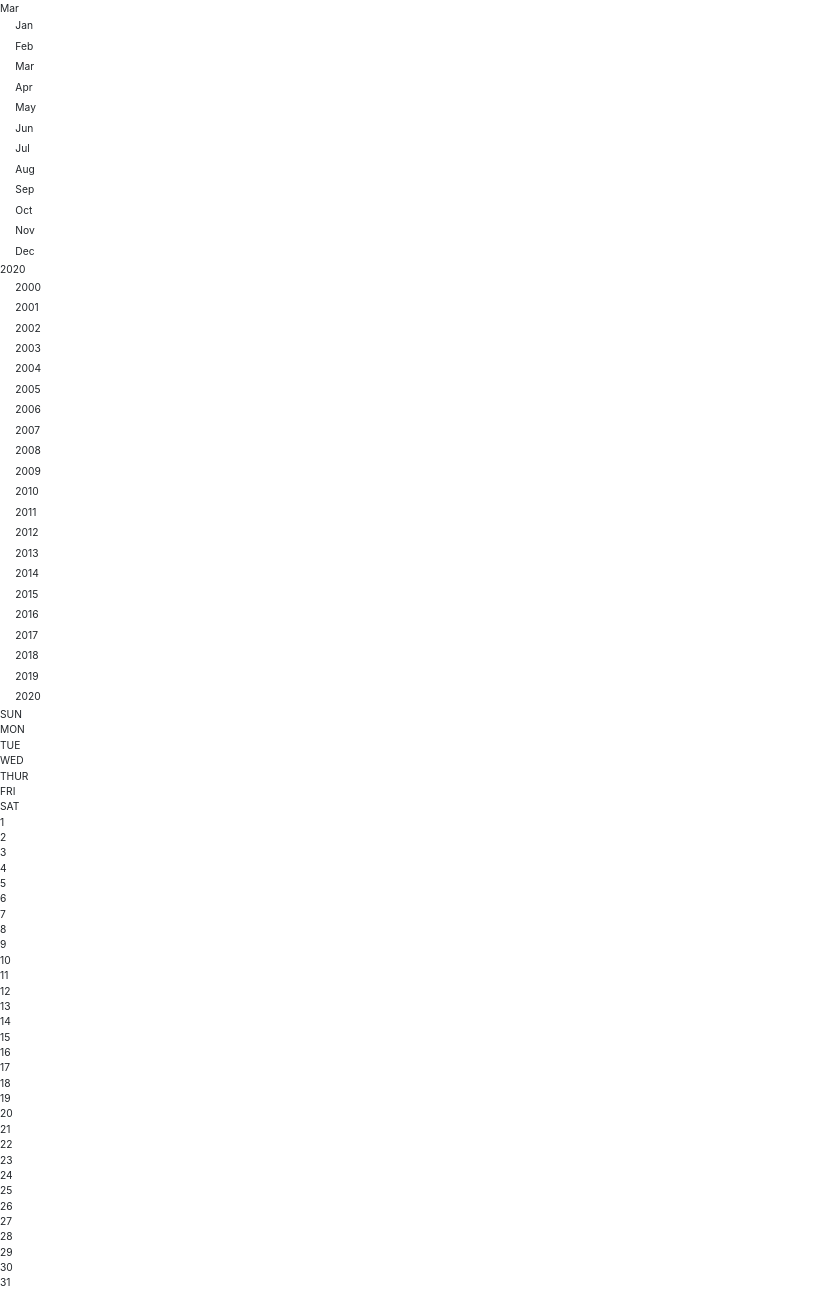
Repository: kkyler24/DayPlanner
Page: Index.html
These files come from the project's save history. The page is drawn as it stood at one moment and after the next save; the edit follows.
The browser window is 1280 px wide. The pictures show the whole page, at 64% of full size.
Some web libraries are served in a nearby version.

Above is the page before, as saved 2020-03-25 13:09:08.

### Index.html
<!DOCTYPE html>
<html lang="en">
<head>
    <meta charset="UTF-8">
    <meta name="viewport" content="width=device-width, initial-scale=1.0">
    <!-- Style Sheets -->
    <link rel="stylesheet" href="https://maxcdn.bootstrapcdn.com/bootstrap/4.0.0/css/bootstrap.min.css" integrity="sha384-Gn5384xqQ1aoWXA+058RXPxPg6fy4IWvTNh0E263XmFcJlSAwiGgFAW/dAiS6JXm" crossorigin="anonymous">
    <link rel="text/CSS"  href="style.css">
    <title>Planner</title>
</head>
<body>
<Main>
<Section>
    <div class="calendar" id="calendar">
        <div class="calendar-btn month-btn" onclick="$('#months').toggle('fast')">
            <span id="curMonth"></span>
            <div id="months" class="months dropdown"></div>
        </div>

        <div class="calendar-btn year-btn" onclick="$('#years').toggle('fast')">
            <span id="curYear"></span>
            <div id="years" class="years dropdown"></div>
        </div>

        <div class="clear"></div>

        <div class="calendar-dates">
            <div class="days">
                <div class="day label">SUN</div>
                <div class="day label">MON</div>
                <div class="day label">TUE</div>
                <div class="day label">WED</div>
                <div class="day label">THUR</div>
                <div class="day label">FRI</div>
                <div class="day label">SAT</div>

                <div class="clear"></div>
            </div>

            <div id="calendarDays" class="days">
            </div>
        </div>
    </div>


    <!--<button name="jump" onclick="jump()">Go</button>-->

</Section>
</Main>
<script src="https://code.jquery.com/jquery-3.2.1.slim.min.js" integrity="sha384-KJ3o2DKtIkvYIK3UENzmM7KCkRr/rE9/Qpg6aAZGJwFDMVNA/GpGFF93hXpG5KkN" crossorigin="anonymous"></script>
<script src="https://cdnjs.cloudflare.com/ajax/libs/popper.js/1.12.9/umd/popper.min.js" integrity="sha384-ApNbgh9B+Y1QKtv3Rn7W3mgPxhU9K/ScQsAP7hUibX39j7fakFPskvXusvfa0b4Q" crossorigin="anonymous"></script>
<script src="https://maxcdn.bootstrapcdn.com/bootstrap/4.0.0/js/bootstrap.min.js" integrity="sha384-JZR6Spejh4U02d8jOt6vLEHfe/JQGiRRSQQxSfFWpi1MquVdAyjUar5+76PVCmYl" crossorigin="anonymous"></script>
<!-- <script src="https://cdnjs.cloudflare.com/ajax/libs/jquery/3.2.1/jquery.min.js"></script> -->
<Script src="javascript.js"></Script>
</body>
</html>

### javascript.js
var months = ["Jan", "Feb", "Mar", "Apr", "May", "Jun", "Jul", "Aug", "Sep", "Oct", "Nov", "Dec"];
var startYear = 2000;
var endYear = 2020;
var month = 0;
var year = 0;

function loadCalendarMonths() {
    for (var i = 0; i < months.length; i++) {
        var doc = document.createElement("div");
        doc.innerHTML = months[i];
        doc.classList.add("dropdown-item");

        doc.onclick = (function () {
            var selectedMonth = i;
            return function () {
                month = selectedMonth;
                document.getElementById("curMonth").innerHTML = months[month];
                loadCalendarDays();
                return month;
            }
        })();

        document.getElementById("months").appendChild(doc);
    }
}

function loadCalendarYears() {
    document.getElementById("years").innerHTML = "";

    for (var i = startYear; i <= endYear; i++) {
        var doc = document.createElement("div");
        doc.innerHTML = i;
        doc.classList.add("dropdown-item");

        doc.onclick = (function () {
            var selectedYear = i;
            return function () {
                year = selectedYear;
                document.getElementById("curYear").innerHTML = year;
                loadCalendarDays();
                return year;
            }
        })();

        document.getElementById("years").appendChild(doc);
    }
}

function loadCalendarDays() {
    document.getElementById("calendarDays").innerHTML = "";

    var tmpDate = new Date(year, month, 0);
    var num = daysInMonth(month, year);
    var dayofweek = tmpDate.getDay();       // find where to start calendar day of week

    for (var i = 0; i <= dayofweek; i++) {
        var d = document.createElement("div");
        d.classList.add("day");
        d.classList.add("blank");
        document.getElementById("calendarDays").appendChild(d);
    }

    for (var i = 0; i < num; i++) {
        var tmp = i + 1;
        var d = document.createElement("div");
        d.id = "calendarday_" + i;
        d.className = "day";
        d.innerHTML = tmp;

        document.getElementById("calendarDays").appendChild(d);
    }

    var clear = document.createElement("div");
    clear.className = "clear";
    document.getElementById("calendarDays").appendChild(clear);
}

function daysInMonth(month, year)
{
    var d = new Date(year, month+1, 0);
    return d.getDate();
}

window.addEventListener('load', function () {
    var date = new Date();
    month = date.getMonth();
    year = date.getFullYear();
    document.getElementById("curMonth").innerHTML = months[month];
    document.getElementById("curYear").innerHTML = year;
    loadCalendarMonths();
    loadCalendarYears();
    loadCalendarDays();
});

After the next save:
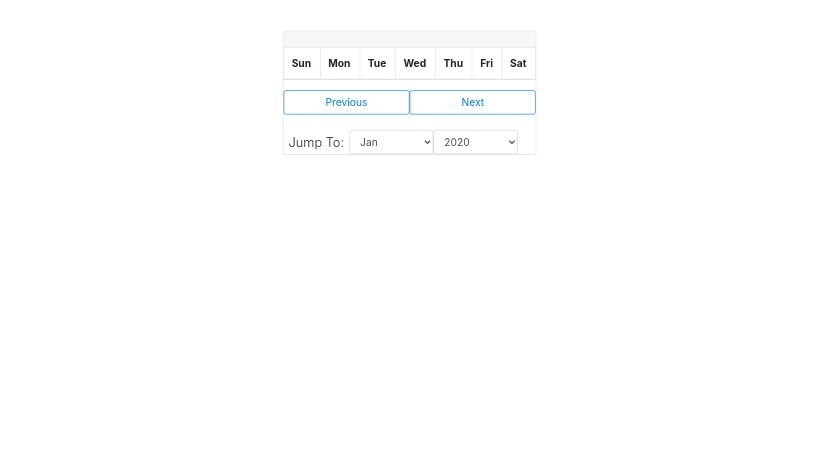
Console error: TypeError: Cannot set properties of null (setting 'innerHTML')
Saved 2 min 41 s later.
--- a/Index.html
+++ b/Index.html
@@ -11,38 +11,72 @@
 <body>
 <Main>
 <Section>
-    <div class="calendar" id="calendar">
-        <div class="calendar-btn month-btn" onclick="$('#months').toggle('fast')">
-            <span id="curMonth"></span>
-            <div id="months" class="months dropdown"></div>
-        </div>
+    <div class="container col-sm-4 col-md-7 col-lg-4 mt-5">
+        <div class="card">
+            <h3 class="card-header" id="monthAndYear"></h3>
+            <table class="table table-bordered table-responsive-md" id="calendar">
+                <thead>
+                <tr>
+                    <th>Sun</th>
+                    <th>Mon</th>
+                    <th>Tue</th>
+                    <th>Wed</th>
+                    <th>Thu</th>
+                    <th>Fri</th>
+                    <th>Sat</th>
+                </tr>
+                </thead>
 
-        <div class="calendar-btn year-btn" onclick="$('#years').toggle('fast')">
-            <span id="curYear"></span>
-            <div id="years" class="years dropdown"></div>
-        </div>
+                <tbody id="calendar-body">
 
-        <div class="clear"></div>
+                </tbody>
+            </table>
 
-        <div class="calendar-dates">
-            <div class="days">
-                <div class="day label">SUN</div>
-                <div class="day label">MON</div>
-                <div class="day label">TUE</div>
-                <div class="day label">WED</div>
-                <div class="day label">THUR</div>
-                <div class="day label">FRI</div>
-                <div class="day label">SAT</div>
+            <div class="form-inline">
 
-                <div class="clear"></div>
+                <button class="btn btn-outline-primary col-sm-6" id="previous" onclick="previous()">Previous</button>
+
+                <button class="btn btn-outline-primary col-sm-6" id="next" onclick="next()">Next</button>
             </div>
+            <br/>
+            <form class="form-inline">
+                <label class="lead mr-2 ml-2" for="month">Jump To: </label>
+                <select class="form-control col-sm-4" name="month" id="month" onchange="jump()">
+                    <option value=0>Jan</option>
+                    <option value=1>Feb</option>
+                    <option value=2>Mar</option>
+                    <option value=3>Apr</option>
+                    <option value=4>May</option>
+                    <option value=5>Jun</option>
+                    <option value=6>Jul</option>
+                    <option value=7>Aug</option>
+                    <option value=8>Sep</option>
+                    <option value=9>Oct</option>
+                    <option value=10>Nov</option>
+                    <option value=11>Dec</option>
+                </select>
 
-            <div id="calendarDays" class="days">
-            </div>
+
+                <label for="year"></label><select class="form-control col-sm-4" name="year" id="year" onchange="jump()">
+
+                <option value=2020>2020</option>
+                <option value=2021>2021</option>
+                <option value=2022>2022</option>
+                <option value=2023>2023</option>
+                <option value=2024>2024</option>
+                <option value=2025>2025</option>
+                <option value=2026>2026</option>
+                <option value=2027>2027</option>
+                <option value=2028>2028</option>
+                <option value=2029>2029</option>
+                <option value=2030>2030</option>
+                <option value=2030>2030</option>
+                <option value=2030>2030</option>
+                <option value=2030>2030</option>
+                <option value=2030>2030</option>
+            </select></form>
         </div>
     </div>
-
-
     <!--<button name="jump" onclick="jump()">Go</button>-->
 
 </Section>

After the save that followed:
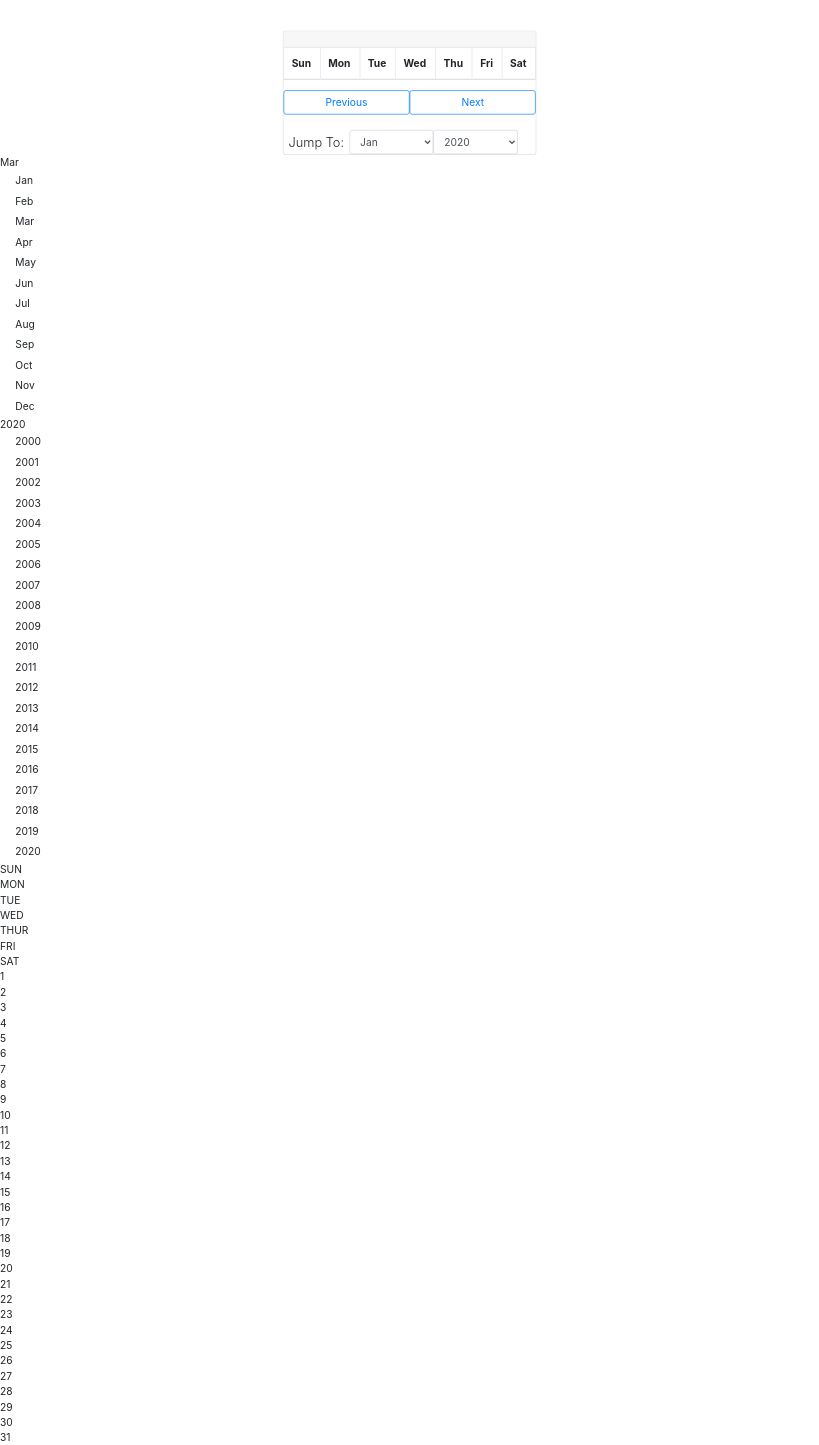
The error is gone.
Saved 3 min 0 s later.
--- a/Index.html
+++ b/Index.html
@@ -78,6 +78,36 @@
         </div>
     </div>
     <!--<button name="jump" onclick="jump()">Go</button>-->
+    <div class="calendar" id="calendar">
+        <div class="calendar-btn month-btn" onclick="$('#months').toggle('fast')">
+            <span id="curMonth"></span>
+            <div id="months" class="months dropdown"></div>
+        </div>
+
+        <div class="calendar-btn year-btn" onclick="$('#years').toggle('fast')">
+            <span id="curYear"></span>
+            <div id="years" class="years dropdown"></div>
+        </div>
+
+        <div class="clear"></div>
+
+        <div class="calendar-dates">
+            <div class="days">
+                <div class="day label">SUN</div>
+                <div class="day label">MON</div>
+                <div class="day label">TUE</div>
+                <div class="day label">WED</div>
+                <div class="day label">THUR</div>
+                <div class="day label">FRI</div>
+                <div class="day label">SAT</div>
+
+                <div class="clear"></div>
+            </div>
+
+            <div id="calendarDays" class="days">
+            </div>
+        </div>
+    </div>
 
 </Section>
 </Main>
